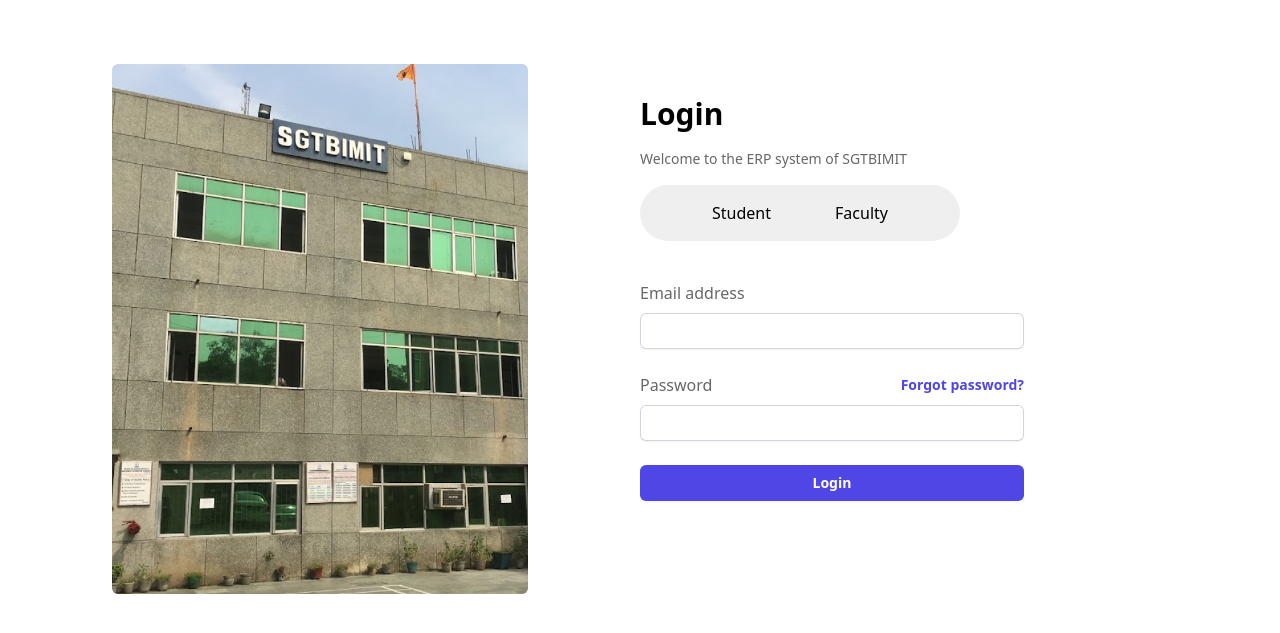
Repository: SehajBindra/SGTBIMIT-ERP-Client
Page: /StudentLogin
The author's editor kept a copy of each file at every save. The page is drawn from the files as they stood at one save, then again after the next save.
The browser window is 1280 px wide. The pictures show the whole page.
The project was rebuilt for these pictures with package versions that can differ from the ones it lists, and the page was loaded fresh each time. Also part of the build but not shown: src/LOGIN/Login.js, src/LOGIN/FACULTY/FacultyLogin.js, src/STUDENT_PAGE/StuBody.js, src/STUDENT_PAGE/StuSidebar.js, src/STUDENT_PAGE/StuHeader.js, src/STUDENT_PAGE/StudentHome.js, src/FACULTY_PAGE/FacBody.js, src/FACULTY_PAGE/FacHeader.js and 2 more.

Above is the page before, as saved 2023-05-14 16:02:39.

### src/App.js
import React from 'react';
import { BrowserRouter as Router, Routes, Route } from "react-router-dom";
import './App.css';
import Login from './LOGIN/Login';
import StudentLogin from './LOGIN/STUDENT/StudentLogin';
import FacultyLogin from './LOGIN/FACULTY/FacultyLogin';
import StuBody from './STUDENT_PAGE/StuBody';
import StudentHome from './STUDENT_PAGE/StudentHome';
import StuSidebar from './STUDENT_PAGE/StuSidebar';
import StuHeader from './STUDENT_PAGE/StuHeader';
import FacBody from './FACULTY_PAGE/FacBody';
import FacHeader from './FACULTY_PAGE/FacHeader';
import FacSidebar from './FACULTY_PAGE/FacSidebar';
import FacultyHome from './FACULTY_PAGE/FacultyHome';
function App() {
  return (
    <div className="App">
      <Router>
        <Routes>
        <Route exact path="/" element={<Login />}></Route>
        <Route exact path="StudentLogin" element={<StudentLogin/>}></Route>
        <Route exact path="FacultyLogin" element={<FacultyLogin/>}></Route>
        <Route exact path="StuBody" element={<StuBody/>}></Route>
        <Route exact path="StuSidebar" element={<StuSidebar/>}></Route>
        <Route exact path="StuHeader" element={<StuHeader/>}></Route>
        <Route exact path="StudentHome" element={<StudentHome/>}></Route>
        <Route exact path="FacBody" element={<FacBody/>}></Route>
        <Route exact path="FacHeader" element={<FacHeader/>}></Route>
        <Route exact path="FacSidebar" element={<FacSidebar/>}></Route>
        <Route exact path="FacultyHome" element={<FacultyHome/>}></Route>
        </Routes>
      </Router>
    </div>
  );
}

export default App;

### src/LOGIN/STUDENT/StudentLogin.js
import React, { useEffect, useState } from "react";
import VisibilityIcon from "@mui/icons-material/Visibility";
import VisibilityOffIcon from "@mui/icons-material/VisibilityOff";

const StudentLogin = () => {
  const [translate, setTranslate] = useState(false);
  const [username, setUsername] = useState("");
  const [password, setPassword] = useState("");
  const [showPassword, setShowPassword] = useState(false);
  const [loading] = useState(false);

  useEffect(() => {
    setTimeout(() => {
      setTranslate(true);
    }, 1000);
  }, []);

  return (
    <div className=" grid grid-cols-4 h-[530px] my-16 mx-auto max-w-7xl ">
      <div className=" col-span-2">
        <img
          className="hidden md:inline h-[530px] object-cover rounded-md"
          src="/sgtb.jpg"
          alt="banner_image"
        />
      </div>

      <div className="bg-white text-left  col-span-2 my-8">
        <h2 className="text-3xl  font-semibold">Login</h2>
        <p className="text-black/60 text-[14px] my-4">
          Welcome to the ERP system of SGTBIMIT
        </p>

        <div
          className="flex  flex-row items-center  justify-center h-[56px] text-[#
            1B449C] bg-[#EEEE] max-w-xs  space-x-16 capitalize text-[16px] rounded-[32px]"
        >
          <p>student</p>
          <p className="">faculty</p>
        </div>

        <div>
          <div className="mt-10 text-[16px]  sm:w-full sm:max-w-sm">
            <form className="space-y-6" action="#" method="POST">
              <div>
                <label className="block text-left  font-normal leading-6 text-black/60">
                  Email address
                </label>
                <div className="mt-2">
                  <input
                    id="email"
                    name="email"
                    type="email"
                    autoComplete="email"
                    required
                    className="block w-full rounded-md border-0 py-1.5 text-gray-900 shadow-sm ring-1 ring-inset ring-gray-300 placeholder:text-gray-400 focus:ring-2 focus:ring-inset focus:ring-indigo-600 sm:text-sm sm:leading-6"
                  />
                </div>
              </div>

              <div>
                <div className="flex items-center justify-between">
                  <label
                    htmlFor="password"
                    className="block  font-normal leading-6 text-black/60"
                  >
                    Password
                  </label>
                  <div className="text-sm">
                    <a
                      href="#"
                      className="font-semibold text-indigo-600 hover:text-indigo-500"
                    >
                      Forgot password?
                    </a>
                  </div>
                </div>
                <div className="mt-2">
                  <input
                    id="password"
                    name="password"
                    type="password"
                    autoComplete="current-password"
                    required
                    className="block w-full rounded-md border-0 py-1.5 text-gray-900 shadow-sm ring-1 ring-inset ring-gray-300 placeholder:text-gray-400 focus:ring-2 focus:ring-inset focus:ring-indigo-600 sm:text-sm sm:leading-6"
                  />
                </div>
              </div>

              <div>
                <button
                  type="submit"
                  className="flex w-full justify-center rounded-md bg-indigo-600 px-3 py-1.5 text-sm font-semibold leading-6 text-white shadow-sm hover:bg-indigo-500 focus-visible:outline focus-visible:outline-2 focus-visible:outline-offset-2 focus-visible:outline-indigo-600"
                >
                  Login
                </button>
              </div>
            </form>
          </div>
        </div>
      </div>
    </div>
  );
};

export default StudentLogin;

### src/LOGIN/Login.css
*{
    margin: 0;
    padding: 0;
}
.display{
    min-height: 100vh;
    width: 100%;
    background-image: url("back.jpg");
    background-repeat: no-repeat;
    background-size: cover;
    background-position: center;
    position: relative;

}

Loaded but not shown: public/index.html (common file); src/index.js (common file); src/index.css (common file); src/App.css (common file); tailwind.config.js (common file)

After the next save:
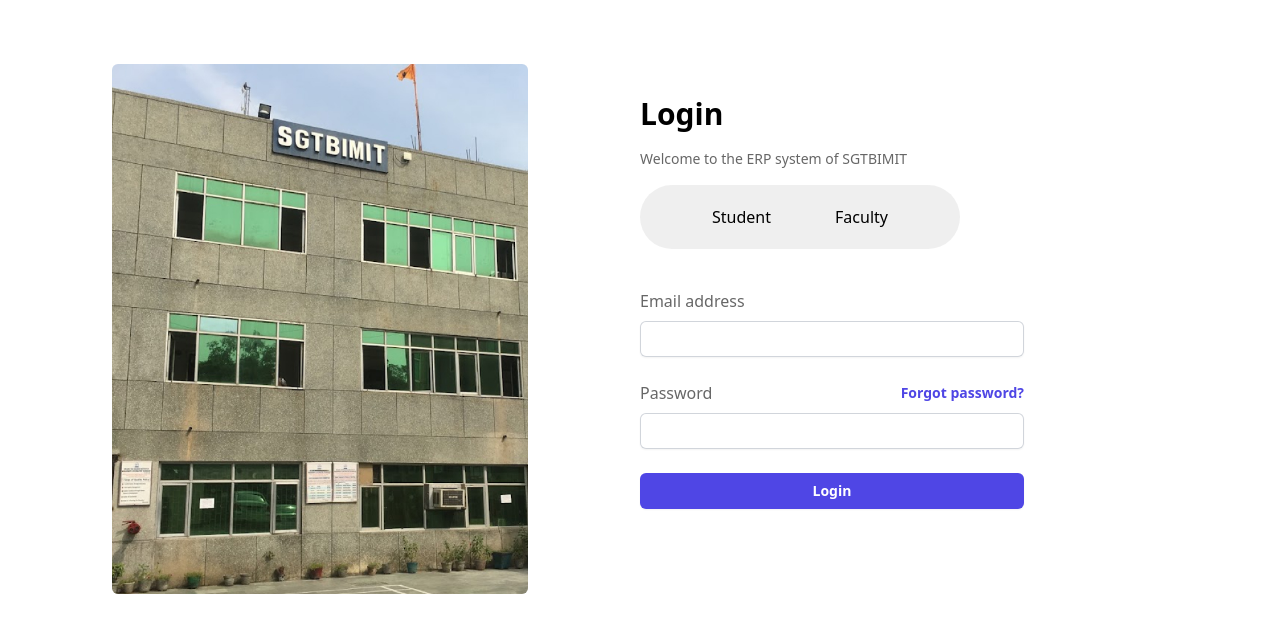
Saved 47 s later.
--- a/src/LOGIN/STUDENT/StudentLogin.js
+++ b/src/LOGIN/STUDENT/StudentLogin.js
@@ -32,7 +32,7 @@
         </p>
 
         <div
-          className="flex  flex-row items-center  justify-center h-[56px] text-[#
+          className="flex  flex-row items-center  justify-center h-16 text-[#
             1B449C] bg-[#EEEE] max-w-xs  space-x-16 capitalize text-[16px] rounded-[32px]"
         >
           <p>student</p>
